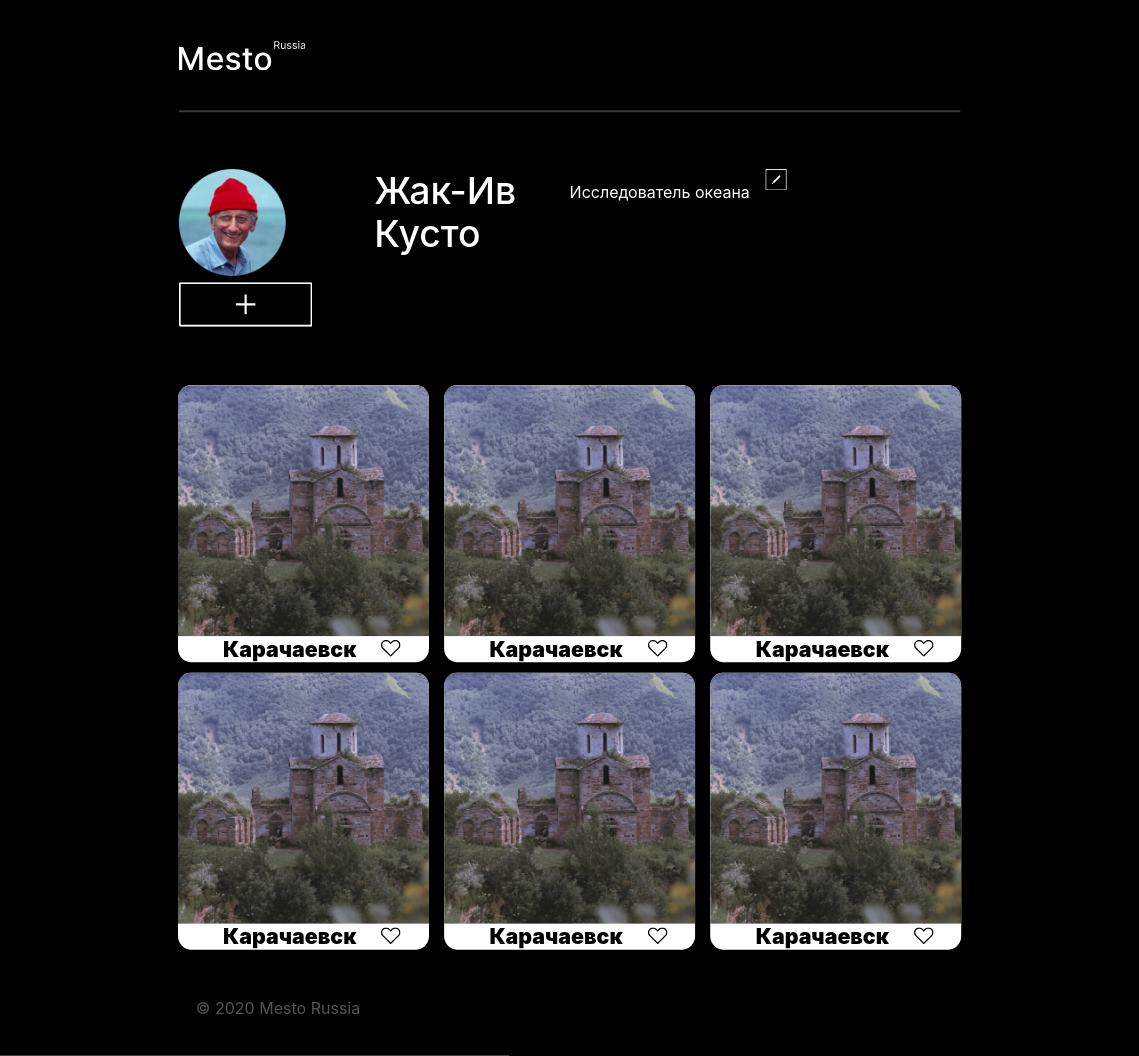
Repository: Ivan2399/mesto-project
Page: index.html
An editor plug-in stored every save of this project. The page is shown before and after the next save, followed by the edit.
The browser window is 1280 px wide. The pictures show the whole page, at 89% of full size.

Above is the page before, as saved 2021-11-16 18:18:48.

### index.html
<!DOCTYPE html>
<html lang="ru">

<head>
    <meta charset="UTF-8">
    <meta http-equiv="X-UA-Compatible" content="IE=edge">
    <meta name="viewport" content="width=device-width, initial-scale=1.0">
    <link rel="stylesheet" href="./pages/index.css" />
    <title>Mesto</title>
</head>

<body class="root">
    <div class="page">
        <header class="header">
            <div class="header__container">
                <img class="header__logo" src="images/logo/Vector.svg" alt="Логотип">
                <div class="header__line"></div>
            </div>
        </header>
        <main class="content">
            <section class="profile profile__container_mobile" >
                    <div class="profile__avatar" alt="Аватарка"></div>
                    <h2 class="profile__nickname">Жак-Ив Кусто</h2>
                    <p class="profile__hobbyname">Исследователь океана</p>
                    <button class="profile__buttons_type_editig"></button>
                    <button class="profile__buttons_type_add"></button>
            </section>
            <section class="table">
                <div class="table__container table__container_mobile">
                    <div class="table__card">
                        <img class="table__image" src="images/table/Karachaevsk.png" alt="Крепость">
                        <h2 class="table__title">Карачаевск <img class="table__button table__button_active" src="images/buttons/Vector.svg" alt="Лайк"></h2>
                    </div>
                    <div class="table__card">
                        <img class="table__image" src="images/table/Karachaevsk.png" alt="Крепость">
                        <h2 class="table__title">Карачаевск <img class="table__button table__button_active" src="images/buttons/Vector.svg" alt="Лайк"></h2>
                    </div>
                    <div class="table__card">
                        <img class="table__image" src="images/table/Karachaevsk.png" alt="Крепость">
                        <h2 class="table__title">Карачаевск <img class="table__button table__button_active" src="images/buttons/Vector.svg" alt="Лайк"></h2>
                    </div>
                    <div class="table__card">
                        <img class="table__image" src="images/table/Karachaevsk.png" alt="Крепость">
                        <h2 class="table__title">Карачаевск <img class="table__button table__button_active" src="images/buttons/Vector.svg" alt="Лайк"></h2>
                    </div>
                    <div class="table__card">
                        <img class="table__image" src="images/table/Karachaevsk.png" alt="Крепость">
                        <h2 class="table__title">Карачаевск <img class="table__button table__button_active" src="images/buttons/Vector.svg" alt="Лайк"></h2>
                    </div>
                    <div class="table__card">
                        <img class="table__image" src="images/table/Karachaevsk.png" alt="Крепость">
                        <h2 class="table__title">Карачаевск <img class="table__button table__button_active" src="images/buttons/Vector.svg" alt="Лайк"></h2>
                    </div>
                </div>
            </section>
            <section class="footer">
                <h2 class="footer__logo">© 2020 Mesto Russia</h2>
            </section>
        </main>
    </div>
</body>

</html>

### pages/index.css
@import url(../blocks/root/root.css);
@import url(../blocks/page/page.css);
@import url(../blocks/content/content.css);

/* header */

@import url(../blocks/header/header.css);
@import url(../blocks/header/__container/header__container.css);
@import url(../blocks/header/__logo/header__logo.css);
@import url(../blocks/header/__line/header__line.css);

/* profile */

@import url(../blocks/profile/profile.css);
@import url(../blocks/profile/__avatar/profile__avatar.css);
@import url(../blocks/profile/__container/profile__container.css);
@import url(../blocks/profile/__buttons/profile__buttons.css);
@import url(../blocks/profile/__buttons/_type/profile__buttons_type_add.css);
@import url(../blocks/profile/__buttons/_type/profile__buttons_type_editig.css);
@import url(../blocks/profile/__hobbyname/profile__hobbyname.css);
@import url(../blocks/profile/__nickname/profile__nickname.css);
@import url(../blocks/profile/__container/_mobile/profile__container_mobile.css);

/* table */

@import url(../blocks/table/table.css);
@import url(../blocks/table/__button/table__button.css);
@import url(../blocks/table/__card/table__card.css);
@import url(../blocks/table/__container/table__container.css);
@import url(../blocks/table/__image/table__image.css);
@import url(../blocks/table/__title/table__title.css);
@import url(../blocks/table/__container/_mobile/table__container_mobile.css);
@import url(../blocks/table/__button/_active/table__button_active.css);

/* footer */

@import url(../blocks/footer/footer.css);
@import url(../blocks/footer/__logo/footer__logo.css);

### images/buttons/Vector.svg
<svg width="22" height="19" viewBox="0 0 22 19" fill="none" xmlns="http://www.w3.org/2000/svg">
<path d="M20.2991 9.78586C22.567 7.54338 22.567 3.90213 20.2991 1.68186C18.0311 -0.560619 14.3486 -0.560619 12.0806 1.68186L10.9804 2.792L9.88007 1.70406C7.61215 -0.560619 3.92957 -0.560619 1.6841 1.68186C0.583822 2.76979 0 4.21297 0 5.74496C0 7.27695 0.606277 8.72013 1.6841 9.80806L10.9804 19L20.2991 9.78586ZM1.4371 5.74496C1.4371 4.59042 1.8862 3.52469 2.71702 2.72539C3.5703 1.88168 4.67058 1.45983 5.77086 1.45983C6.87114 1.45983 7.97142 1.88168 8.8247 2.72539L10.9804 4.83465L13.136 2.70318C14.8201 1.03798 17.582 1.03798 19.2437 2.70318C20.0521 3.50248 20.5236 4.56821 20.5236 5.72276C20.5236 6.8773 20.0745 7.94303 19.2437 8.74233L10.9804 16.9351L2.71702 8.76453C1.90865 7.94303 1.4371 6.8773 1.4371 5.74496Z" fill="black"/>
</svg>

### blocks/root/root.css
.root{
    margin: 0;
    padding: 0;
    font-family: "Inter";
    color: #FFFFFF;
}
h1,h2,h3,h4,h5,h6,p{
    margin: 0;
    padding: 0;
    font-family: "Inter";
    color: #FFFFFF;
}

### blocks/page/page.css
.page {
  background-color: #000000;
  max-width: 1280px;
  margin: auto;
}

### blocks/header/header.css
.header{
    display: grid;
}

### blocks/header/__container/header__container.css
.header__container {
  margin: 0 15.7% 0 15.7%;
  max-width: 880px;
  width: 68.6%;
}

### blocks/header/__logo/header__logo.css
.header__logo{
    margin: 5.2% 0 4.7% 0;
}
@media screen and (min-width:300px) and (max-width:600px){
    .header__logo{
        width:103.74px;
        height:24.24px;
    }
}

### blocks/header/__line/header__line.css
.header__line{
    border: 1px solid #545454;
    opacity: 0.7;
}

### blocks/profile/profile.css
.profile {
  display: grid;
  grid-template-columns: repeat(2,1fr);
  margin: 5% 15.7% 0 15.7%;
  max-width: 880px;
  width: 68.6%;
}

### blocks/profile/__avatar/profile__avatar.css
.profile__avatar{
    width:168.75px;
    height:127.5px;
    background-image: url(../../../images/avatar/Avatar.png);
    background-repeat: no-repeat;
}

### blocks/profile/__container/profile__container.css
.profile__container {
  display: flex;
  align-items: center;
  flex-direction: row;
  flex-wrap: wrap;
}

### blocks/profile/__buttons/profile__buttons.css
.profile__buttons{
    display: flex;
    flex-direction: row;
    justify-content: space-between;
    align-items: center;
}

### blocks/profile/__buttons/_type/profile__buttons_type_add.css
.profile__buttons_type_add {
  width: 150px;
  height: 50px;
  background-image: url(../../../../images/buttons/Add\ Button.svg);
  background-color: black;
  border: none;
  background-size: cover;
  background-repeat: no-repeat;

  margin-bottom: 6.7%;
}
.profile__buttons_type_add:hover {
  opacity: 0.6;
  border: 2px solid #ffffff;
  box-sizing: border-box;
  border-radius: 2px;
}

### blocks/profile/__buttons/_type/profile__buttons_type_editig.css
.profile__buttons_type_editig {
  width: 24px;
  height: 24px;
  background-image: url(../../../../images/buttons/Edit\ Button.svg);
  background-color: black;
  border: none;
  background-size: cover;
  background-repeat: no-repeat;
  margin-bottom: 6.7%;
}
.profile__buttons_type_editig:hover {
  border: 1px solid #ffffff;
  box-sizing: border-box;
}

### blocks/profile/__hobbyname/profile__hobbyname.css
.profile__hobbyname {
  font-style: normal;
  font-weight: normal;
  font-size: 18px;
  line-height: 22px;

  padding-top: 6.7%;
}

### blocks/profile/__nickname/profile__nickname.css
.profile__nickname {
  font-style: normal;
  font-weight: 500;
  font-size: 42px;
  line-height: 48px;
}

### blocks/profile/__container/_mobile/profile__container_mobile.css
.profile__container_mobile{
    grid-template-columns: repeat(auto-fit,minmax(200px,1fr));
}

### blocks/table/table.css
.table{
    max-width:880px;
    margin:4% auto 0;
}

### blocks/table/__button/table__button.css
.table__button {
  width: 22px;
  height: 19px;
  /* background-image: url(../../../images/buttons/Vector.svg);
  border: none;
  background-color: white;
  background-size: cover;
  background-repeat: no-repeat; */
  align-self: flex-end;
  margin-left: 10%;
}
.table__button:hover {
  color: #000000;
  opacity: 0.5;
}

### blocks/table/__card/table__card.css
.table__card{
    max-width: 282px;
    background-color: white;

    border-radius: 5%;

    display: flex;
    flex-direction: column;
}

### blocks/table/__container/table__container.css
.table__container{
    display: grid;
    grid-template-columns: repeat(3,1fr);
    gap:2%;
}

### blocks/table/__image/table__image.css
.table__image{
    max-width: 282px;
    max-height: 282px;
    border-radius: 5% 5% 0 0 ;
}

### blocks/table/__title/table__title.css
.table__title {
  max-width: 246px;
  font-style: normal;
  font-weight: 900;
  font-size: 24px;
  line-height: 29px;

  margin-left: 18%;
  color: #000000;
}

### blocks/table/__container/_mobile/table__container_mobile.css
.table__container_mobile{
    grid-template-columns: repeat(auto-fit, minmax(280px, 1fr));
}

### blocks/table/__button/_active/table__button_active.css
.table__button_active:active{
    background-image: url(../../../../images/buttons/Union.png);
    color: black;
}

### blocks/footer/footer.css
.footer{
    max-width: 840px;
    margin: auto;
}

### blocks/footer/__logo/footer__logo.css
.footer__logo {
  font-style: normal;
  font-weight: normal;
  font-size: 18px;
  line-height: 22px;

  color: #545454;
  margin-top: 8%;
  padding-bottom: 5%;
}

Loaded but not shown: blocks/content/content.css (no stored copy; drawn as an empty file)

After the next save:
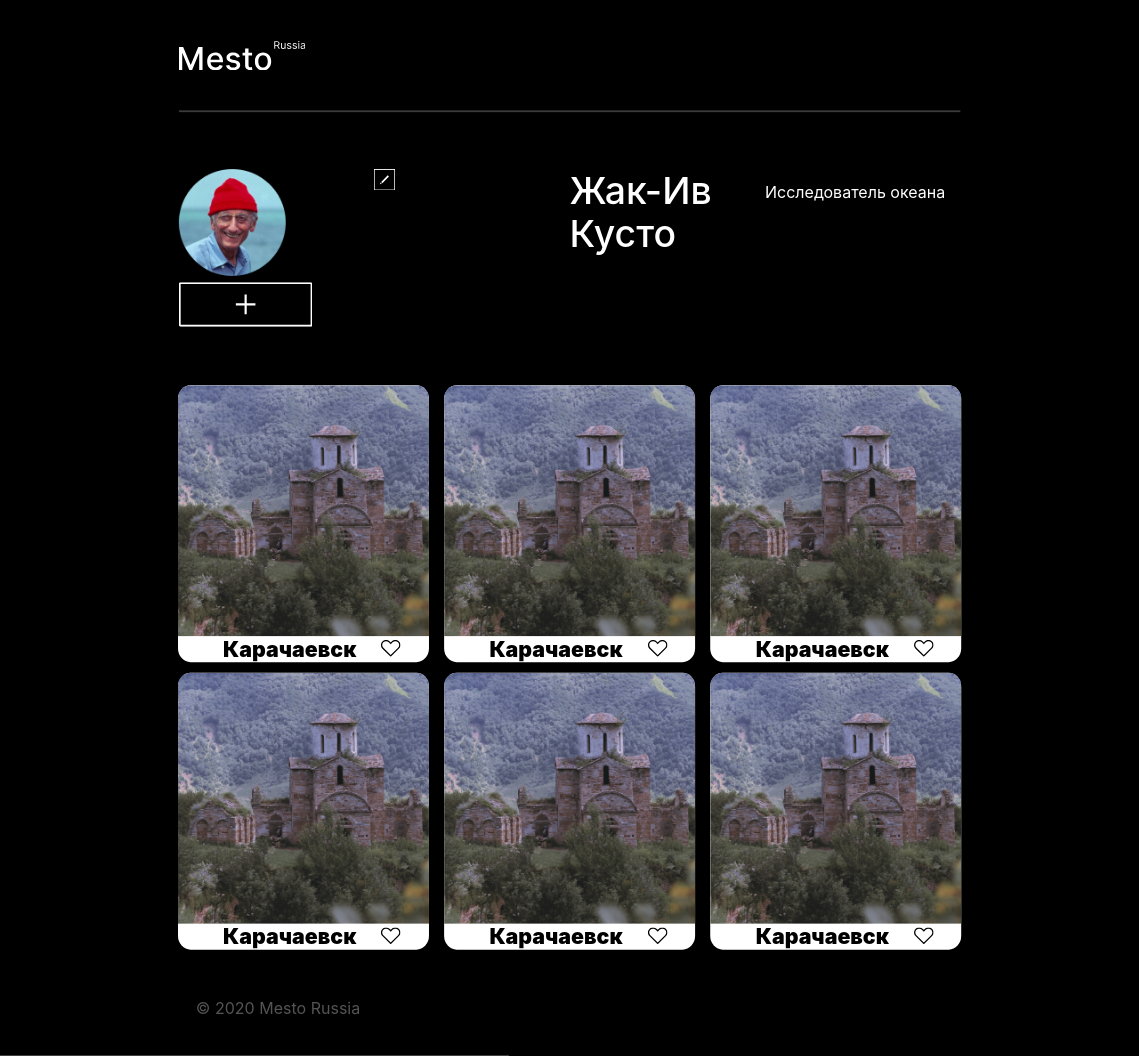
Saved 76 s later.
--- a/blocks/profile/__buttons/_type/profile__buttons_type_editig.css
+++ b/blocks/profile/__buttons/_type/profile__buttons_type_editig.css
@@ -7,6 +7,8 @@
   background-size: cover;
   background-repeat: no-repeat;
   margin-bottom: 6.7%;
+  grid-column: 2;
+  grid-row: 1;
 }
 .profile__buttons_type_editig:hover {
   border: 1px solid #ffffff;
